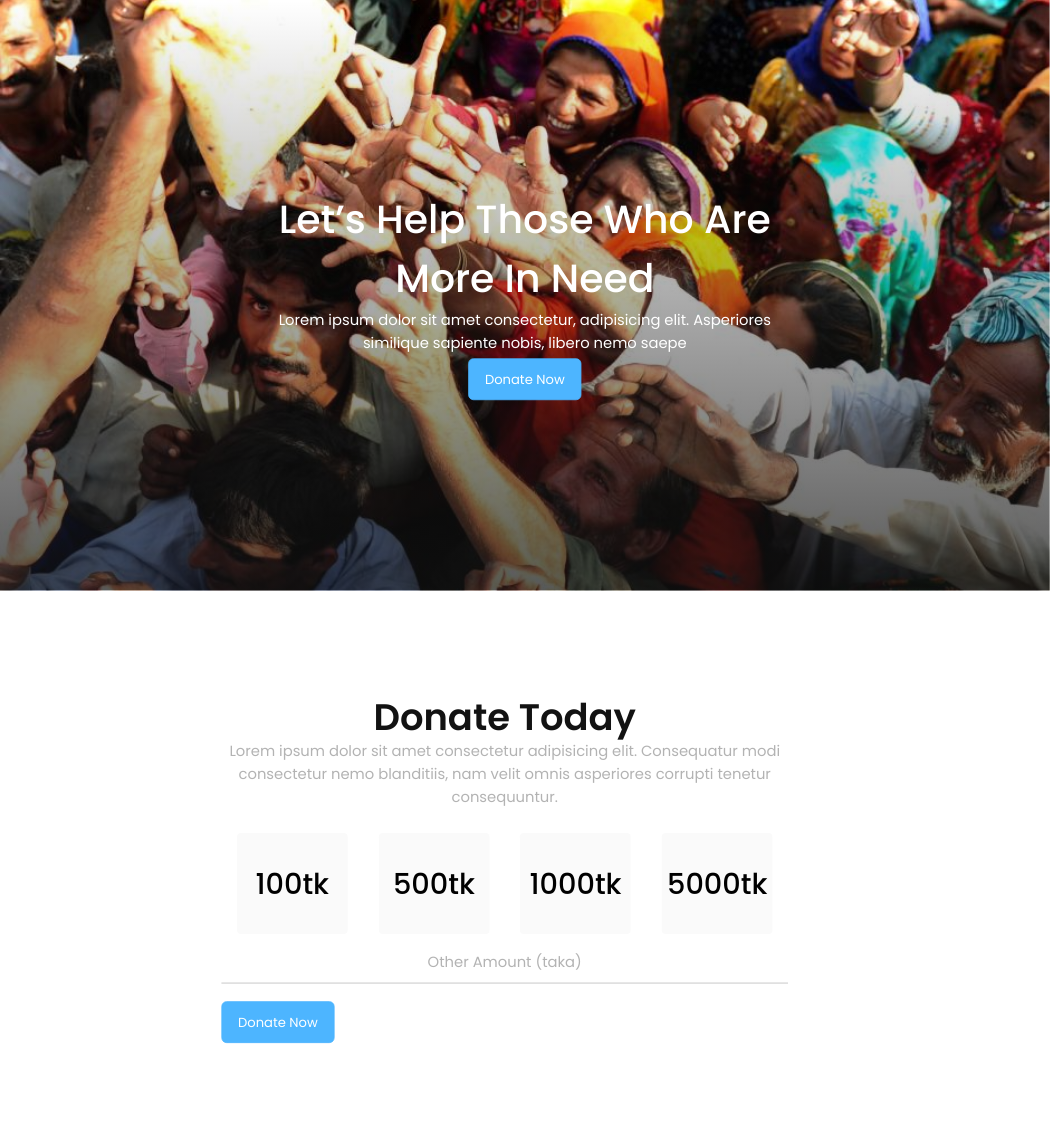
Repository: mdrubel02/donate-website
Page: index.html
These files come from the project's save history. The page is drawn as it stood at one moment and after the next save; the edit follows.
The browser window is 1280 px wide. The pictures show the whole page, at 82% of full size.

Above is the page before, as saved 2022-07-06 13:58:44.

After the next save:
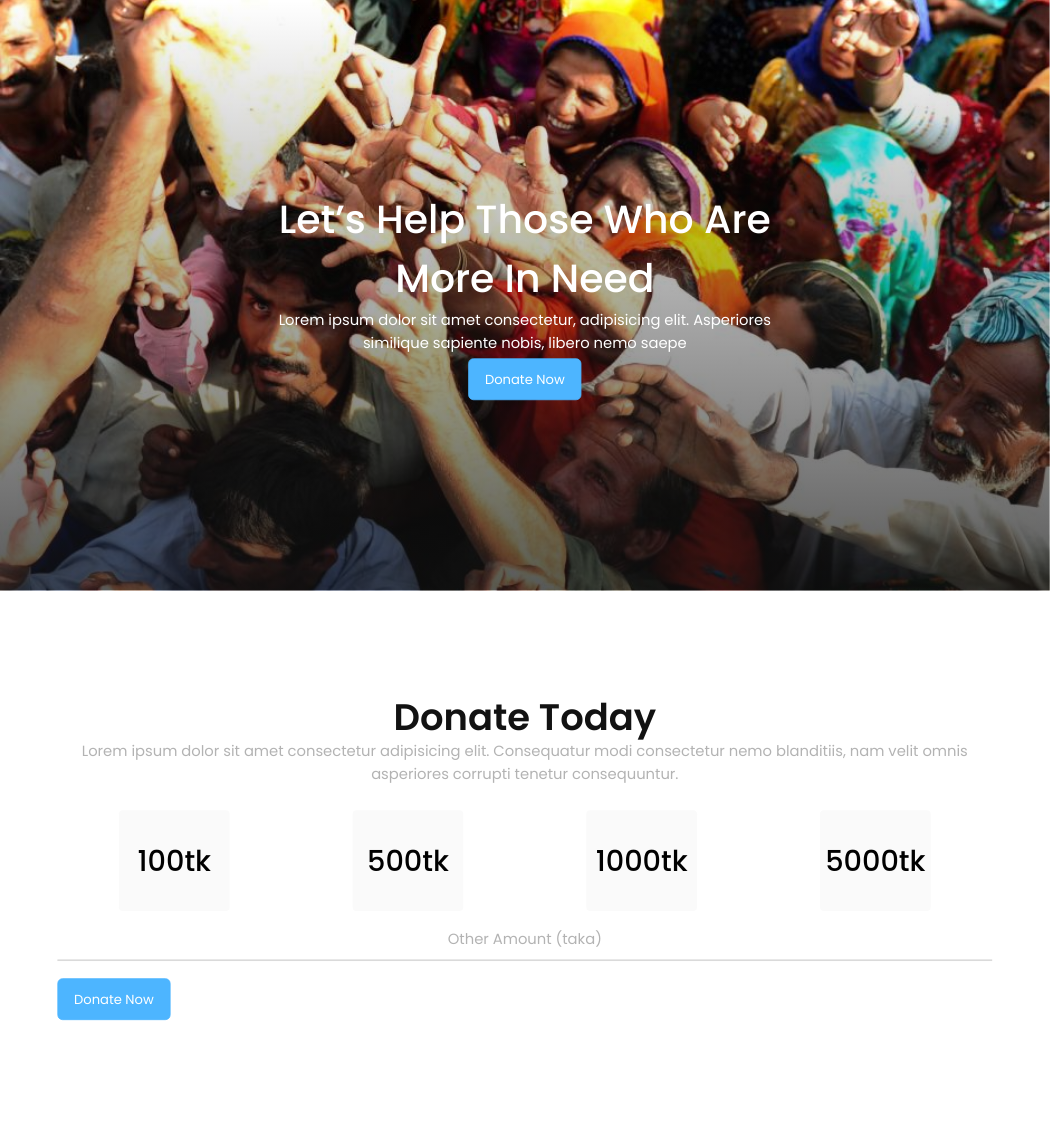
Saved 2 min 48 s later.
--- a/index.css
+++ b/index.css
@@ -167,8 +167,7 @@ hr {
 }
 
 .donate-section {
-    width: 691px;
-    margin-left: 200px;
+
 }
 .donate-section a{
     text-align: center;
